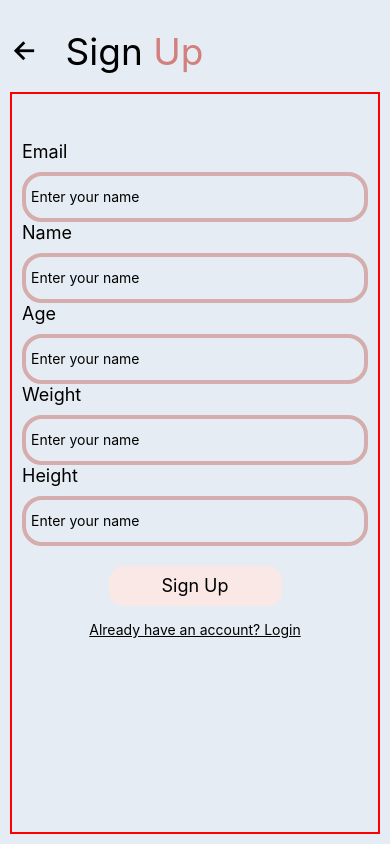
Repository: kgayathridevi/pregband
Screen: /Sign
An editor plug-in stored every save of this project. The screen is shown before and after the next save, followed by the edit.
The app was drawn by React Native's web renderer in a window 390 px wide. The project was rebuilt for these pictures with package versions that can differ from the ones it lists, and the page was loaded fresh each time. Also part of the build but not shown: component/Home.jsx.

Above is the screen before, as saved 2023-04-30 07:50:48.

After the next save:
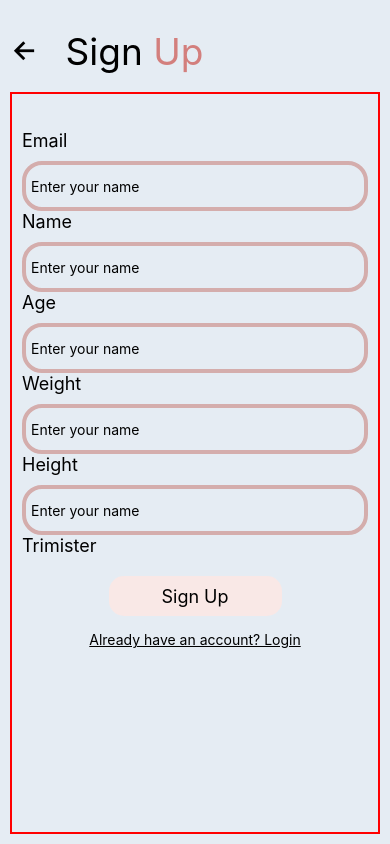
Saved 10 s later.
--- a/component/SignUpScreen.jsx
+++ b/component/SignUpScreen.jsx
@@ -39,7 +39,7 @@ const SignUpScreen = ({ navigation }) => {
           <Text style={{ fontSize: 18 }}>Height</Text>
           <TextInput style={styles.textInp} placeholder="Enter your name" />
 
-          {/* <Text style={{ fontSize: 18 }}>Trimister</Text> */}
+          <Text style={{ fontSize: 18 }}>Trimister</Text>
           {/* <TextInput style={styles.textInp} placeholder="Enter your name" /> */}
 
           {/* <Text style={{ fontSize: 18, marginTop: 15 }}>Password</Text>
